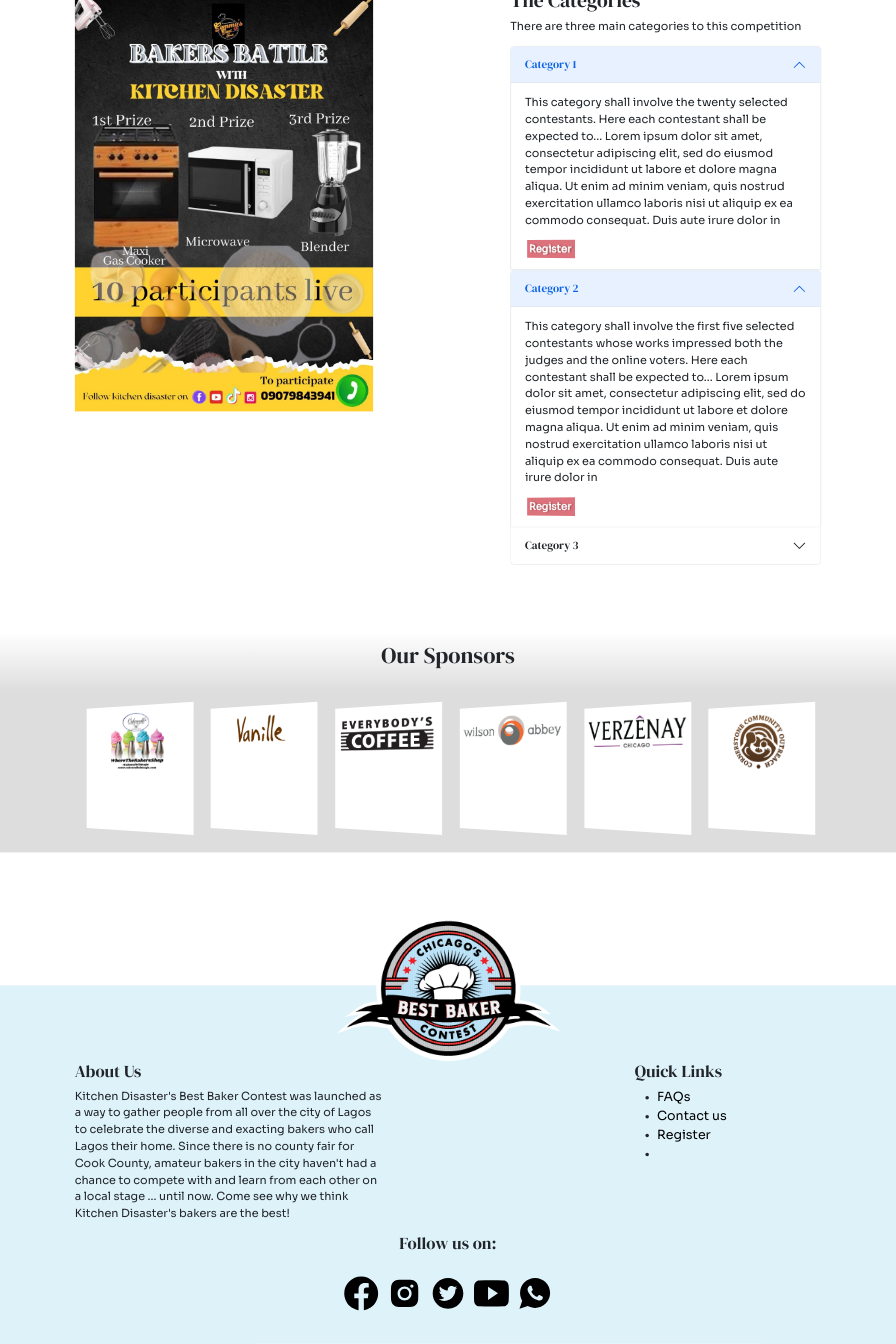
Repository: sarahnnanyelugo/bakers-battle
Page: /
These files come from the project's save history. The page is drawn as it stood at one moment and after the next save; the edit follows.
The browser window is 1280 px wide. The pictures show the part of the page from y = 2124 to 4044 px (the page is 4044 px tall before and 4020 px after), at 70% of full size.
The project was rebuilt for these pictures with package versions that can differ from the ones it lists, and the page was loaded fresh each time. Also part of the build but not shown: src/components/ScreenSlide/slide.scss, src/components/ScreenSlide/ScreenSlide.js.

Above is the page before, as saved 2024-07-09 21:55:21.

### src/App.js
import logo from "./logo.svg";
import "./App.scss";
import "bootstrap/dist/css/bootstrap.min.css";
import { BrowserRouter, Routes, Route, Link, Outlet } from "react-router-dom";
import { Home } from "./pages/Home/Home";
import { Navbar } from "./components/Navbar/Navbar";
import { Footer } from "./components/Footer/Footer";
function App() {
  return (
    <>
      <Navbar />
      <Routes>
        <Route path="/" element={<Home />} />{" "}
      </Routes>
      <Footer />
    </>
  );
}

export default App;

### src/App.scss
.app-btn {
  color: #fff;
  background: #dc727c;
  padding: 5px 30px;
  border-radius: 10px;
  border: solid 4px #dc727c;
  font-size: 30px;
  &:hover {
    color: #dc727c;
    background: #fff;
    transition: 0.5s ease;
  }
}

.button-92 {
  --c: #fff;

  background: linear-gradient(90deg, #0000 33%, #fff5, #0000 67%)
      var(--_p, 100%) / 300% no-repeat,
    #dc727c;

  color: #0000;
  border: none;
  transform: perspective(500px) rotateY(calc(20deg * var(--_i, -1)));
  text-shadow: calc(var(--_i, -1) * 0.08em) -0.01em 0 var(--c),
    calc(var(--_i, -1) * -0.08em) 0.01em 2px #0004;
  outline-offset: 0.1em;
  transition: 0.3s;
}

.button-92:hover,
.button-92:focus-visible {
  --_p: 0%;
  --_i: 1;
}

.button-92:active {
  text-shadow: none;
  color: var(--c);
  box-shadow: inset 0 0 9e9Q #0005;
  transition: 0s;
}

.button-92 {
  font-weight: bold;
  font-size: 2rem;
  margin: 0;
  cursor: pointer;
  padding: 0.1em 0.3em;
}

.button-48 {
  appearance: none;
  background-color: #ffffff;
  border-width: 0;
  box-sizing: border-box;
  color: #000000;
  cursor: pointer;
  display: inline-block;
  font-size: 14px;
  font-weight: 500;
  letter-spacing: 0;
  line-height: 1em;
  margin: 0;
  opacity: 1;
  outline: 0;
  padding: 1.5em 4px;
  position: relative;
  text-align: center;
  text-decoration: none;
  text-rendering: geometricprecision;
  text-transform: uppercase;
  transition: opacity 300ms cubic-bezier(0.694, 0, 0.335, 1),
    background-color 100ms cubic-bezier(0.694, 0, 0.335, 1),
    color 100ms cubic-bezier(0.694, 0, 0.335, 1);
  user-select: none;
  -webkit-user-select: none;
  touch-action: manipulation;
  vertical-align: baseline;
  white-space: nowrap;
}

.button-48:before {
  animation: opacityFallbackOut 0.5s step-end forwards;
  backface-visibility: hidden;
  background-color: #ebebeb;
  clip-path: polygon(-1% 0, 0 0, -25% 100%, -1% 100%);
  content: "";
  height: 100%;
  left: 0;
  position: absolute;
  top: 0;
  transform: translateZ(0);
  transition: clip-path 0.5s cubic-bezier(0.165, 0.84, 0.44, 1),
    -webkit-clip-path 0.5s cubic-bezier(0.165, 0.84, 0.44, 1);
  width: 100%;
}

.button-48:hover:before {
  animation: opacityFallbackIn 0s step-start forwards;
  clip-path: polygon(0 0, 101% 0, 101% 101%, 0 101%);
}

.button-48:after {
  background-color: #ffffff;
}

.button-48 span {
  z-index: 1;
  position: relative;
}
@font-face {
  font-family: SoraM;
  src: url(./assets/fonts/sora/Sora-Medium.ttf);
}
@font-face {
  font-family: SoraB;
  src: url(./assets/fonts/sora/Sora-Bold.ttf);
}
@font-face {
  font-family: SoraEB;
  src: url(./assets/fonts/sora/Sora-ExtraBold.ttf);
}
@font-face {
  font-family: SoraR;
  src: url(./assets/fonts/sora/Sora-Regular.ttf);
}
@font-face {
  font-family: SoraSB;
  src: url(./assets/fonts/sora/Sora-SemiBold.ttf);
}
@font-face {
  font-family: SoraL;
  src: url(./assets/fonts/sora/Sora-Light.ttf);
}
@font-face {
  font-family: SerifR;
  src: url(./assets/fonts/serif/DMSerifDisplay-Regular.ttf);
}
@font-face {
  font-family: SerifI;
  src: url(./assets/fonts/serif/DMSerifDisplay-Italic.ttf);
}
h1,
h2,
h3,
h4,
h5,
h6 {
  font-family: SerifR;
}

p,
li,
a,
small {
  font-family: SoraR;
}
button {
  font-family: SoraSB;
}

### src/components/Navbar/Navbar.js
import React, { useState } from "react";
import "./navbar.scss";
import Logo from "../../assets/images/logo.png";
import Flier from "../../assets/images/flier2.jpeg";
export const Navbar = () => {
  const [isOpen, setIsOpen] = useState(false);
  const [hoveredElement, setHoveredElement] = useState(null);

  const toggleMenu = () => {
    setIsOpen(!isOpen);
  };

  const handleMouseEnter = (index) => {
    setHoveredElement(index);
  };

  const handleMouseLeave = () => {
    setHoveredElement(null);
  };

  return (
    <>
      <div style={{ height: "30px", background: "#DC727C" }} />
      <div style={{ height: "10px", background: "#DEF2FA" }} />
      <main>
        <img
          className="img"
          src={Logo}
          alt="Scholar"
          width="164px"
          height="110px"
        />
        <center>
          {" "}
          <h1 style={{ color: "#7BD6F5", fontSize: "90px" }}>
            <em>BAKERS BATTLE!</em>
          </h1>
        </center>

        <input type="checkbox" id="myInput" />
        <label for="myInput" className="offset-md-11 tog">
          <span class="bar top"></span>
          <span class="bar middle"></span>
          <span class="bar bottom"></span>
        </label>

        <aside>
          <div class="aside-section aside-left col-md-4">
            <div class="aside-content">
              <img
                className="img col-md-12 offset-md-"
                src={Flier}
                alt="Scholar"
                width="100%"
              />
            </div>
          </div>
          <div class="aside-section aside-right col-md-8">
            <ul class="aside-list">
              <li>
                <a href="" class="aside-anchor">
                  HOME
                </a>
              </li>
              <li>
                <a href="" class="aside-anchor">
                  ABOUT
                </a>
              </li>
              <li>
                <a href="" class="aside-anchor">
                  FAQs
                </a>
              </li>
              <li>
                <a href="" class="aside-anchor">
                  SPONSORS
                </a>
              </li>{" "}
              <li>
                <a href="" class="aside-anchor">
                  CONTACT
                </a>
              </li>
              <li>
                <a href="" class="aside-anchor">
                  REGISTER
                </a>
              </li>
            </ul>
          </div>
        </aside>
      </main>
    </>
  );
};

### src/components/Footer/Footer.js
import React from "react";
import "./footer.scss";
import Logo from "../../assets/images/logo.png";
import { Link } from "react-router-dom";
import { FaFacebook } from "react-icons/fa";
import { AiFillInstagram } from "react-icons/ai";
import { IoLogoYoutube } from "react-icons/io";
import { IoLogoWhatsapp } from "react-icons/io";
import { AiFillTwitterCircle } from "react-icons/ai";

export const Footer = () => {
  return (
    <footer>
      <center>
        <div className="col-md-3">
          <img className="img" src={Logo} alt="Scholar" width="100%" />
        </div>
      </center>{" "}
      <div className="d-flex col-md-10 offset-md-1">
        <div className="col-md-5">
          <h4>About Us</h4>
          <p>
            Kitchen Disaster's Best Baker Contest was launched as a way to
            gather people from all over the city of Lagos to celebrate the
            diverse and exacting bakers who call Lagos their home. Since there
            is no county fair for Cook County, amateur bakers in the city
            haven't had a chance to compete with and learn from each other on a
            local stage ... until now. Come see why we think Kitchen Disaster's
            bakers are the best!
          </p>
        </div>
        <div className="col-md-2 offset-md-4">
          <h4>Quick Links</h4>
          <ul>
            <li>
              <Link to={"/"}>FAQs</Link>
            </li>{" "}
            <li>
              <Link to={"/"}>Contact us</Link>
            </li>{" "}
            <li>
              <Link to={"/"}>Register</Link>
            </li>{" "}
            <li>
              <Link to={"/"}></Link>
            </li>
          </ul>
        </div>
      </div>
      <center>
        <h4>Follow us on:</h4>
        <ul className="list-inline media-links">
          <li className="list-inline-item">
            <Link to={"/"}>
              <FaFacebook style={{ fontSize: "50px" }} />
            </Link>
          </li>{" "}
          <li className="list-inline-item">
            <Link to={"/"}>
              <AiFillInstagram style={{ fontSize: "50px" }} />
            </Link>
          </li>{" "}
          <li className="list-inline-item">
            <Link to={"/"}>
              <AiFillTwitterCircle style={{ fontSize: "50px" }} />
            </Link>
          </li>{" "}
          <li className="list-inline-item">
            <Link to={"/"}>
              <IoLogoYoutube style={{ fontSize: "50px" }} />
            </Link>
          </li>{" "}
          <li className="list-inline-item">
            <Link to={"/"}>
              <IoLogoWhatsapp style={{ fontSize: "50px" }} />
            </Link>
          </li>
        </ul>
      </center>
    </footer>
  );
};

### src/pages/Home/home.scss
.home-div {
  height: 700px;
  //   background: url("../../assets/images/landing.webp");
  background: url("../../assets/images/landing4.jpg");
  margin-top: -800px;
  background-size: cover;
  background-repeat: no-repeat;
  background-position: center;
}
.about-div {
  margin-top: 100px;
}

.sponsors-div {
  margin-top: 80px;
  padding-top: 30px;
  padding-bottom: 30px;
  background: rgb(255, 255, 255);
  background: linear-gradient(
    180deg,
    rgba(255, 255, 255, 1) 5%,
    rgba(221, 221, 221, 1) 31%
  );
  .sponsors {
    padding-top: 10px;
    margin-top: 45px;
    height: 180px;
    background: #fff;
    background: linear-gradient(90deg, #0000 33%, #fff5, #0000 67%)
        var(--_p, 100%) / 300% no-repeat,
      #fff;
    transform: perspective(500px) rotateY(calc(20deg * var(--_i, -1)));
    text-shadow: calc(var(--_i, -1) * 0.08em) -0.01em 0 var(--c),
      calc(var(--_i, -1) * -0.08em) 0.01em 2px #0004;
    outline-offset: 0.1em;
    &:hover {
      --_p: 0%;
      --_i: 1;
    }
  }
}

### src/components/Navbar/navbar.scss
@import url("https://fonts.googleapis.com/css?family=Montserrat");

main {
  height: 800px;
  position: relative;
  overflow: hidden;
}

.aside-section {
  top: 0;
  bottom: 0;
  position: absolute;
}

.aside-left {
  display: none;
  width: 40%;
  left: 0;
  background: #dc727c;

  -webkit-transform: translateY(-100%);
  -moz-transform: translateY(-100%);
  -ms-transform: translateY(-100%);
  -o-transform: translateY(-100%);
  transform: translateY(-100%);
  transition: transform 0.9s ease-in-out;
}

.aside-right {
  width: 100%;
  right: 0;
  background-color: #def2fa;
  -webkit-transform: translateX(100%);
  -moz-transform: translateX(100%);
  -ms-transform: translateX(100%);
  -o-transform: translateX(100%);
  transform: translateX(100%);
  transition: transform 0.9s ease-in-out;
}

.aside-list {
  list-style: none;
  padding: 0;
  margin: 0;
  margin-top: 150px;
  text-align: left;
  padding-left: 50px;
}

.aside-content {
  //   margin-top: 150px;
  padding: 0 40px;
  position: relative;
  color: white;
  text-align: center;
}

.aside-list li {
  margin-bottom: 20px;
}

.aside-anchor::after {
  content: "";
  position: absolute;
  bottom: 0;
  background-color: #ff5964;
  left: 0;
  right: 0;
  height: 6px;
  border-radius: 6px;
}

.aside-anchor::before {
  border-radius: 3px;
  content: "";
  position: absolute;
  bottom: 0;
  background-color: rgb(9, 1, 1);
  left: 0;
  height: 6px;
  z-index: 1;
  width: 50%;
  -webkit-transition: transform 0.2s ease-in-out;
  -o-transition: transform 0.2s ease-in-out;
  transition: transform 0.2s ease-in-out;
}

.aside-anchor:hover:before {
  -webkit-transform: translateX(100%);
  -moz-transform: translateX(100%);
  -ms-transform: translateX(100%);
  -o-transform: translateX(100%);
  transform: translateX(100%);
}

.aside-anchor {
  padding-bottom: 7px;
  color: rgb(14, 14, 14);
  text-decoration: none;
  font-size: 30px;
  position: relative;
  font-weight: 500;
}

input[type="checkbox"] {
  display: none;
}

input[type="checkbox"]:checked ~ aside .aside-left {
  transform: translateY(0%);
}

input[type="checkbox"]:checked ~ aside .aside-right {
  transform: translateX(0%);
}

input[type="checkbox"]:checked ~ label .bar {
  background-color: #fff;
}

input[type="checkbox"]:checked ~ label .top {
  -webkit-transform: translateY(0px) rotateZ(45deg);
  -moz-transform: translateY(0px) rotateZ(45deg);
  -ms-transform: translateY(0px) rotateZ(45deg);
  -o-transform: translateY(0px) rotateZ(45deg);
  transform: translateY(0px) rotateZ(45deg);
}

input[type="checkbox"]:checked ~ label .bottom {
  -webkit-transform: translateY(-15px) rotateZ(-45deg);
  -moz-transform: translateY(-15px) rotateZ(-45deg);
  -ms-transform: translateY(-15px) rotateZ(-45deg);
  -o-transform: translateY(-15px) rotateZ(-45deg);
  transform: translateY(-15px) rotateZ(-45deg);
}

input[type="checkbox"]:checked ~ label .middle {
  width: 0;
}

.middle {
  margin: 0 auto;
}

label {
  top: 40px;
  display: inline-block;
  padding: 10px 10px;
  background-color: transparent;
  cursor: pointer;
  margin: 10px;
  z-index: 3;
  position: fixed;
}

.bar {
  display: block;
  background-color: #fff;
  width: 30px;
  height: 3px;
  border-radius: 5px;
  margin: 5px auto;
  transition: background-color 0.4s ease-in, transform 0.4s ease-in,
    width 0.4s ease-in;
}

@media (min-width: 992px) {
  h1 {
    font-size: 40px;
  }
  .aside-left {
    display: block;
  }

  .aside-right {
    width: 60%;
  }
}
.tog {
  height: 50px;
  width: 50px;
  border: solid 1px #be3520;
  background: #be3520;
  border-radius: 50%;
}

### src/components/Footer/footer.scss
footer {
  background: #def2fa;
  //   padding-top: 30px;
  padding-bottom: 30px;
  margin-top: 190px;
  img {
    margin-top: -100px;
  }
  a {
    color: #000;
    text-decoration: none;
    font-size: 18px;
    &:hover {
      color: #dc727c;
    }
  }
}
.media-links {
  li {
    font-size: 50px !important;
  }
}

Loaded but not shown: public/index.html (common file); src/index.js (common file); src/index.css (common file); src/reportWebVitals.js (common file); src/pages/Home/Home.js (291 lines, source omitted)

After the next save:
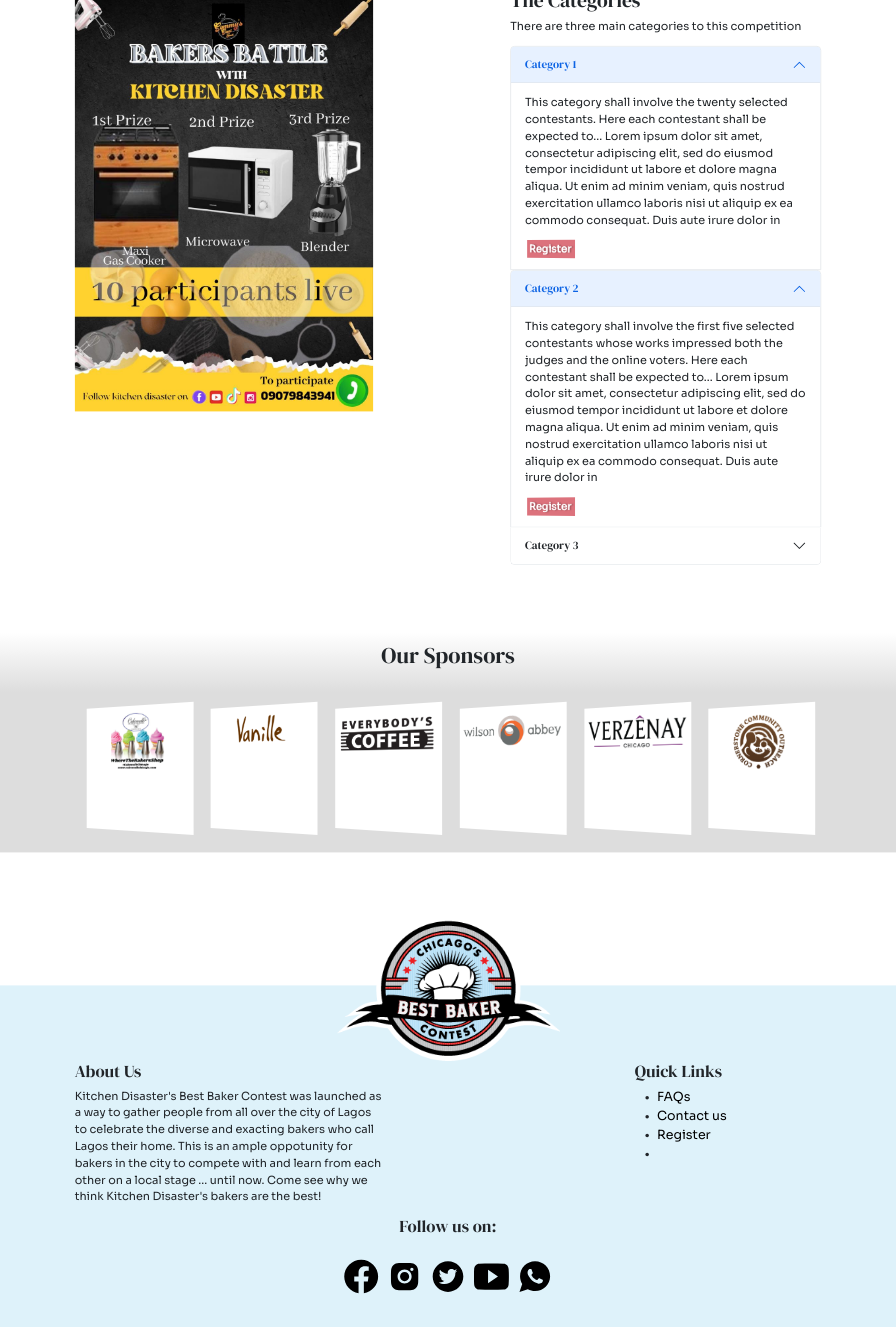
Saved 78 s later.
--- a/src/components/Footer/Footer.js
+++ b/src/components/Footer/Footer.js
@@ -22,11 +22,10 @@
           <p>
             Kitchen Disaster's Best Baker Contest was launched as a way to
             gather people from all over the city of Lagos to celebrate the
-            diverse and exacting bakers who call Lagos their home. Since there
-            is no county fair for Cook County, amateur bakers in the city
-            haven't had a chance to compete with and learn from each other on a
-            local stage ... until now. Come see why we think Kitchen Disaster's
-            bakers are the best!
+            diverse and exacting bakers who call Lagos their home. This is an
+            ample oppotunity for bakers in the city to compete with and learn
+            from each other on a local stage ... until now. Come see why we
+            think Kitchen Disaster's bakers are the best!
           </p>
         </div>
         <div className="col-md-2 offset-md-4">
